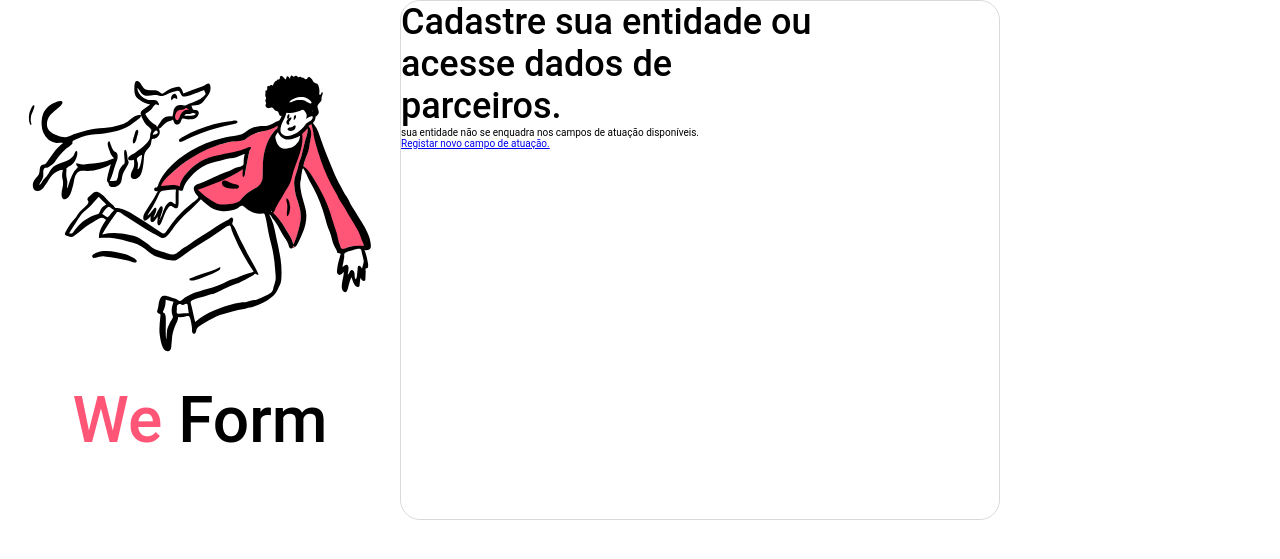
Repository: guilhermecardoso93/we-form
Page: index.html
These files come from the project's save history. The page is drawn as it stood at one moment and after the next save; the edit follows.
The browser window is 1280 px wide. The pictures show the whole page.

Above is the page before, as saved 2024-06-09 12:06:46.

### index.html
<!DOCTYPE html>
<html lang="pt-BR">

<head>
    <meta charset="UTF-8">
    <meta name="viewport" content="width=device-width, initial-scale=1.0">
    <link rel="stylesheet" href="./styles.css">
    <title>We Form</title>
</head>

<body>
    <div class="content">

        <aside>
            <img src="./assets/hero.svg" alt="Ilustração mulher com cachorro" />
            <h1>
                <span>We</span> Form
            </h1>
        </aside>

        <main>
            <h2>Cadastre sua <span>entidade</span> ou acesse dados <span>de parceiros.</span></h2>
            <p>sua entidade não se enquadra nos campos de atuação disponíveis.</p>
            <a href="http://">Registar novo campo de atuação.</a>
        </main>
    </div>
</body>

</html>

### styles.css
* {
  padding: 0;
  margin: 0;
  box-sizing: border-box;
  font-family: Roboto, sans-serif;
}

:root {
  font-size: 62.5%;
}

body {
  margin: auto;
}

.content {
  display: flex;
}

aside {
  display: flex;
  flex-direction: column;
  align-items: center;
  justify-content: center;
  gap: 2rem;
}

aside h1 {
  font-size: 6.4rem;
  font-weight: 500;
  line-height: 75px;
}

aside h1>span {
  color: #FF5678;
}

aside img {
  width: 40rem;
}


main {
  width: 60rem;
  height: 52rem;
  border: 1px solid rgba(0, 0, 0, 0.15);
  border-radius: 20px;
}

main h2 {
  max-width: 43rem;
  font-size: 3.6rem;
  font-weight: 500;
}

After the next save:
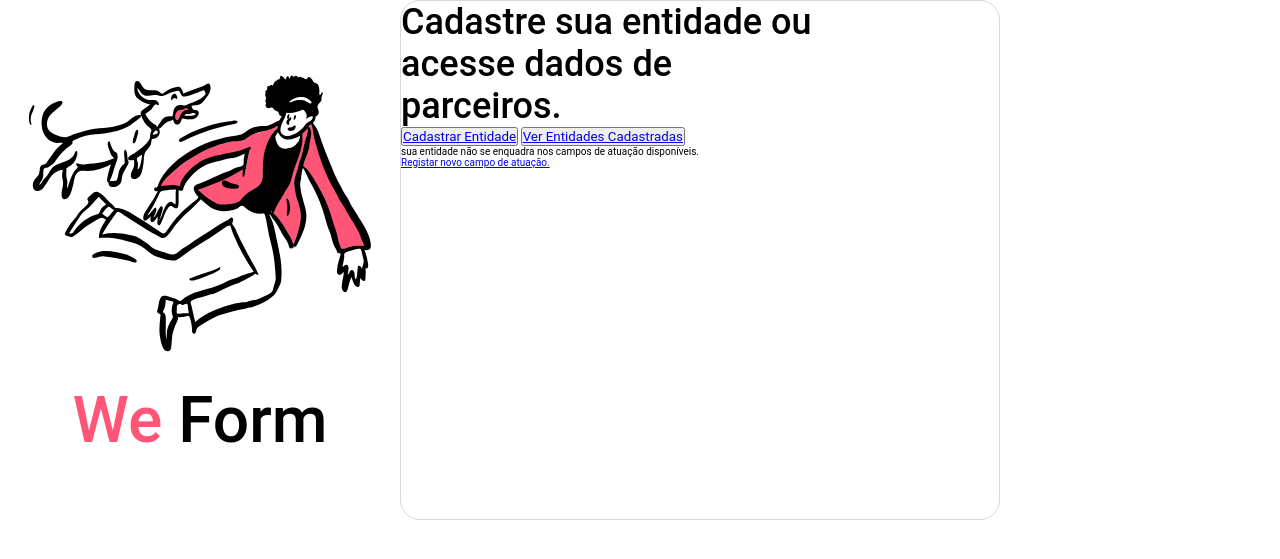
Saved 90 s later.
--- a/index.html
+++ b/index.html
@@ -20,6 +20,14 @@
 
         <main>
             <h2>Cadastre sua <span>entidade</span> ou acesse dados <span>de parceiros.</span></h2>
+            <div>
+                <button>
+                <a href="http://">Cadastrar Entidade</a>
+            </button>
+                <button>
+                <a href="http://">Ver Entidades Cadastradas</a>
+            </button>
+            </div>
             <p>sua entidade não se enquadra nos campos de atuação disponíveis.</p>
             <a href="http://">Registar novo campo de atuação.</a>
         </main>
